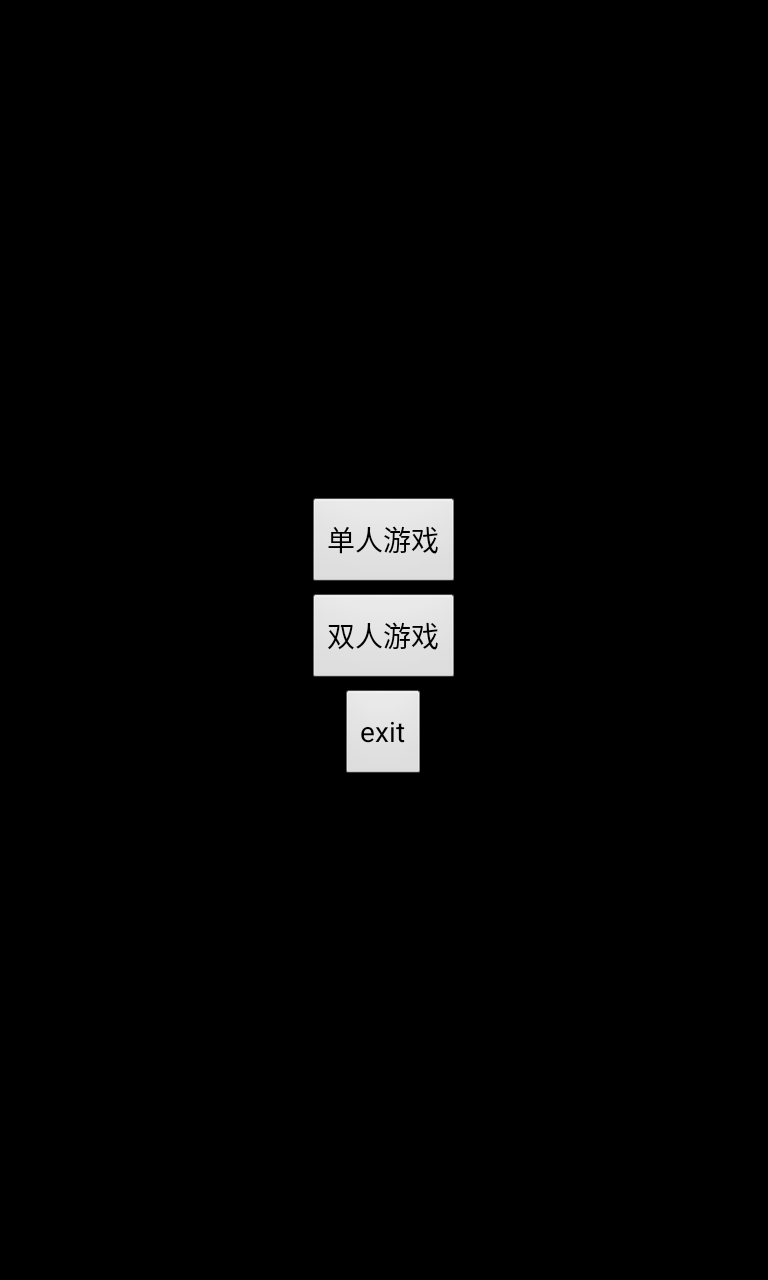
Repository: definelmx/AndroidWuZi
Layout: WWWuZi/res/layout/activity_main.xml
An editor plug-in stored every save of this project. The layout is shown before and after a run of saves, followed by the edit.
It is drawn on a 768 x 1280 px phone screen (xhdpi) without system bars, with theme android:Theme.Black.NoTitleBar; the app's code is not run.

Above is the layout before, as saved 2015-04-08 12:06:16.

After the next 2 saves:
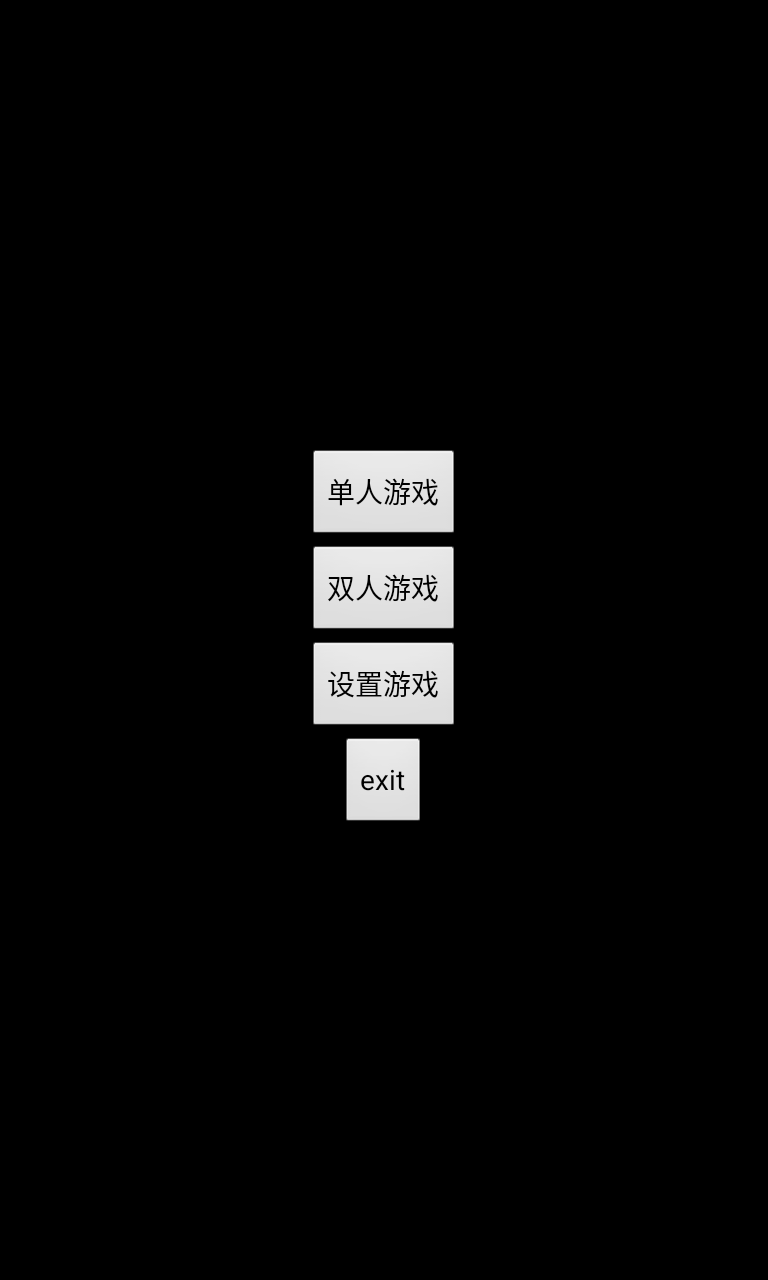
The 2 saves are shown as one change because they came seconds apart.
The last was saved 8 s later.
--- a/WWWuZi/res/layout/activity_main.xml
+++ b/WWWuZi/res/layout/activity_main.xml
@@ -6,28 +6,34 @@
     tools:context="com.uestclmx.wwwuzi.MainActivity" >
 
     <LinearLayout
-        android:layout_centerInParent="true"
         android:layout_width="wrap_content"
         android:layout_height="wrap_content"
-        android:orientation="vertical"
-        android:gravity="center" >
+        android:layout_centerInParent="true"
+        android:gravity="center"
+        android:orientation="vertical" >
 
         <Button
             android:layout_width="wrap_content"
             android:layout_height="wrap_content"
-            android:text="单人游戏"
-            android:onClick="gameclick"/>
+            android:onClick="gameclick"
+            android:text="单人游戏" />
+
         <Button
             android:layout_width="wrap_content"
             android:layout_height="wrap_content"
-            android:text="双人游戏"
-            android:onClick="gameclick"/>
+            android:onClick="gameclick"
+            android:text="双人游戏" />
+
+        <Button
+            android:layout_width="wrap_content"
+            android:layout_height="wrap_content"
+            android:onClick="gameclick"
+            android:text="设置游戏" />
 
         <Button
             android:layout_width="wrap_content"
             android:layout_height="wrap_content"
             android:text="exit" />
-
     </LinearLayout>
 
 </RelativeLayout>
